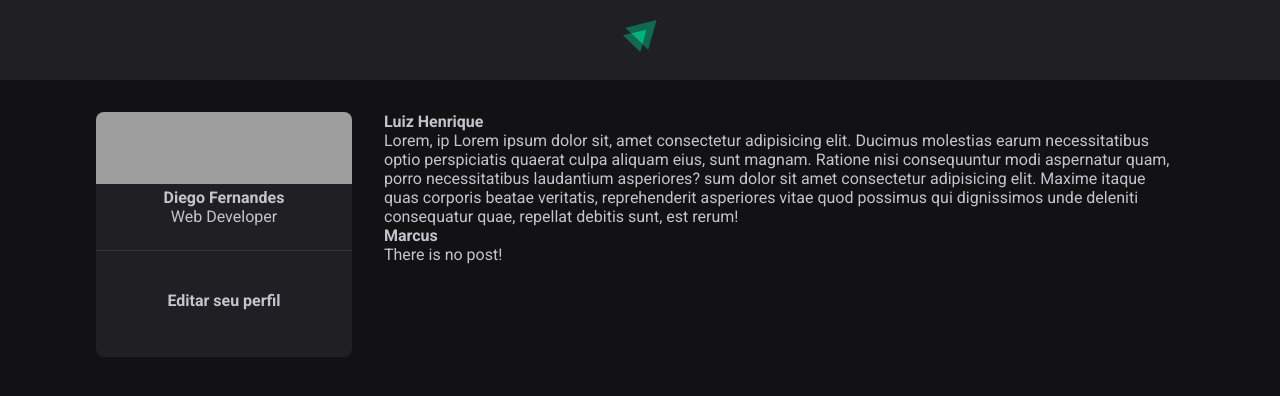
Repository: LuizHMAL/IGNITEFEED
Page: /
These files come from the project's save history. The page is drawn as it stood at one moment and after the next save; the edit follows.
The browser window is 1280 px wide. The pictures show the whole page.
Pictures or frames that could not be fetched are drawn as grey boxes. The project was rebuilt for these pictures with package versions that can differ from the ones it lists, and the page was loaded fresh each time. Also part of the build but not shown: vite.config.js.

Above is the page before, as saved 2023-10-04 16:09:29.

After the next save:
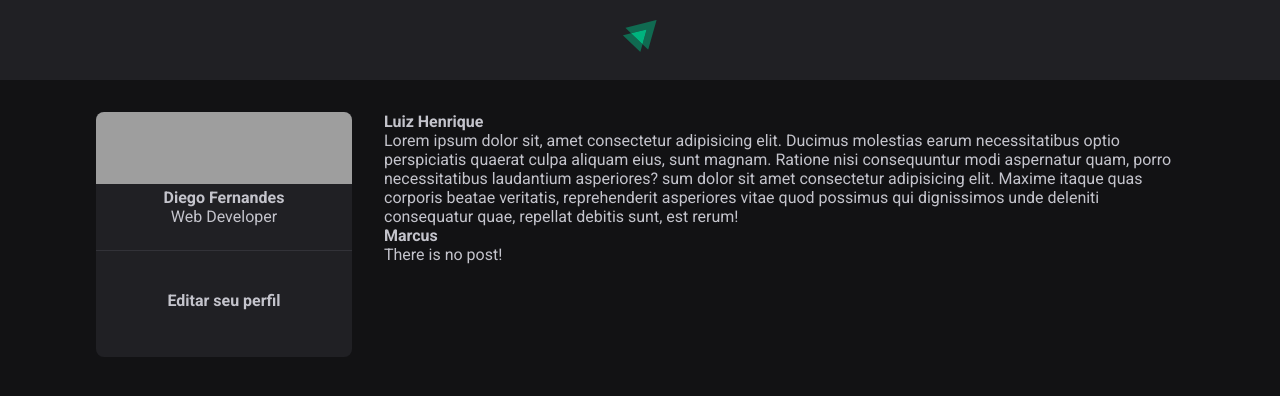
Saved 65 s later.
--- a/src/App.jsx
+++ b/src/App.jsx
@@ -16,7 +16,7 @@ export function App() {
         <main>
           <Post
             author="Luiz Henrique"
-            content="Lorem, ip    Lorem ipsum dolor sit, amet consectetur adipisicing elit. Ducimus molestias earum necessitatibus optio perspiciatis quaerat culpa aliquam eius, sunt magnam. Ratione nisi consequuntur modi aspernatur quam, porro necessitatibus laudantium asperiores?
+            content="Lorem ipsum dolor sit, amet consectetur adipisicing elit. Ducimus molestias earum necessitatibus optio perspiciatis quaerat culpa aliquam eius, sunt magnam. Ratione nisi consequuntur modi aspernatur quam, porro necessitatibus laudantium asperiores?
             sum dolor sit amet consectetur adipisicing elit. Maxime itaque quas corporis beatae veritatis, reprehenderit asperiores vitae quod possimus qui dignissimos unde deleniti consequatur quae, repellat debitis sunt, est rerum!"
           />
           <Post
